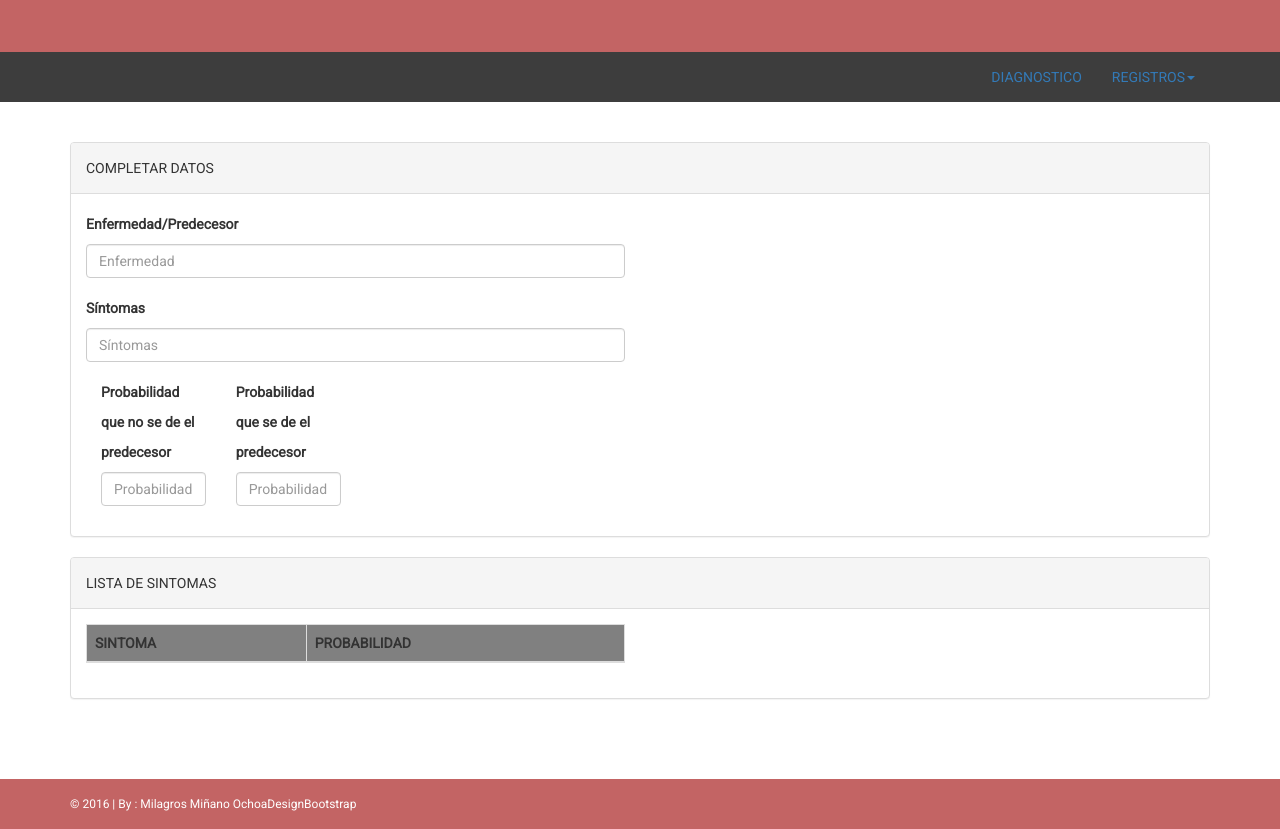
Repository: Mili10/PROYECTOII
Page: http://localhost/Capa_Presentación/frmRegistroSintoma.jsp
An editor plug-in stored every save of this project. The page is shown before and after the next save, followed by the edit.
The browser window is 1280 px wide. The pictures show the whole page.
The page is served by Tomcat 9.

Above is the page before, as saved 2016-05-16 06:34:27.

### sistema_experto_web/Capa_Presentación/WebContent/frmRegistroSintoma.jsp
<%@ page language="java" contentType="text/html; charset=ISO-8859-1"
    pageEncoding="ISO-8859-1"%>
<!DOCTYPE html PUBLIC "-//W3C//DTD HTML 4.01 Transitional//EN" "http://www.w3.org/TR/html4/loose.dtd">
<html>
<head>
<meta http-equiv="Content-Type" content="text/html; charset=ISO-8859-1">
<title>Insert title here</title>
	<link href="Plantilla/css/bootstrap.css" rel="stylesheet" />
    <link href="Plantilla/css/font-awesome.css" rel="stylesheet" />
    <link href="Plantilla/css/style.css" rel="stylesheet" />
</head>
<body>
	<jsp:include page="includes/masterHeader.jsp"></jsp:include>
	<div class="content-wrapper">
		<div class="container">
			<div class="panel panel-default">
	             <div class="panel-heading">
	               COMPLETAR DATOS
	             </div>
	              <div class="row">
		             <div class="panel-body">
		             	<div class="col-md-6">
						  <form>
						  <div class="form-group">
						    <label for="exampleInputEmail1">Enfermedad/Predecesor</label>
						    <input type="text" class="form-control" placeholder="Enfermedad">
						  </div>
						  <div class="form-group">
						    <label for="exampleInputPassword1">Síntomas</label>
						    <input type="text" class="form-control" placeholder="Síntomas">
						  </div>
						  <div class="col-md-3">
						  	<div class="form-group">
						    <label for="exampleInputEmail1">Probabilidad que no se de el predecesor</label>
						    <input class="form-control" placeholder="Probabilidad">
						  </div>
						  </div>
						  <div class="col-md-3">
						  	<div class="form-group">
						    <label for="exampleInputEmail1">Probabilidad que se de el predecesor</label>
						    <input class="form-control" placeholder="Probabilidad">
						  </div>
						  </div>
						 </form>
						</div>
					  </div>
				  </div>
	         </div>

	         <div class="panel panel-default">
	             <div class="panel-heading">
	               LISTA DE SINTOMAS
	             </div>
	              <div class="row">
		             <div class="panel-body">
		              <div class="col-md-6">
		             	<div class="table-responsive">
                                <table class="table table-striped table-bordered table-hover">
                                    <thead style="background: grey">
                                        <tr>
                                            <th>SINTOMA</th>
                                            <th>PROBABILIDAD</th>
                                        </tr>
                                    </thead>
                                    <tbody>

                                    </tbody>
                                </table>
                            </div>
                         </div>
					  </div>
				  </div>
	         </div>

	      </div>
      </div>


	<jsp:include page="includes/masterFooter.jsp"></jsp:include>

	<script src="Plantilla/js/jquery-1.11.1.js"></script>
    <script src="Plantilla/js/bootstrap.js"></script>
</body>
</html>

### sistema_experto_web/Capa_Presentación/WebContent/includes/masterHeader.jsp
    <div class="navbar navbar-inverse set-radius-zero">
        <div class="container">
            <div class="navbar-header">
                <button type="button" class="navbar-toggle" data-toggle="collapse" data-target=".navbar-collapse">
                    <span class="icon-bar"></span>
                    <span class="icon-bar"></span>
                    <span class="icon-bar"></span>
                </button>
                <a class="navbar-brand" href="index.html">

                </a>

            </div>

        </div>
    </div>
    <!-- LOGO HEADER END-->
    <section class="menu-section">
        <div class="container">
            <div class="row">
                <div class="col-md-12">
                    <div class="navbar-collapse collapse">
                        <ul class="nav navbar-nav navbar-right">
                            <li><a href="frmCuestionario.jsp">DIAGNOSTICO</a></li>
                            <li class="dropdown">
                            	<a href="#" class="dropdown-toggle" data-toggle="dropdown" role="button" aria-haspopup="true" aria-expanded="false">REGISTROS<span class="caret"></span></a>
                            	<ul class="dropdown-menu">
						            <li><a href="frmRegistroSintoma.jsp" role="button">SINTOMA</a></li>
						        </ul>
                            </li>
                        </ul>
                    </div>
                </div>

            </div>
        </div>
    </section>

### sistema_experto_web/Capa_Presentación/WebContent/includes/masterFooter.jsp
<!-- CONTENT-WRAPPER SECTION END-->
    <footer>
        <div class="container">
            <div class="row">
                <div class="col-md-12">
                    &copy; 2016 | By : Milagros Miñano Ochoa<a href="http://www.designbootstrap.com/" target="_blank">DesignBootstrap</a>
                </div>

            </div>
        </div>
    </footer>

### sistema_experto_web/Capa_Presentación/WebContent/Plantilla/css/style.css

/*=============================================================
    Authour URL: www.designbootstrap.com

    http://www.designbootstrap.com/

    License: MIT

    http://opensource.org/licenses/MIT

    100% Free To use For Personal And Commercial Use.

    IN EXCHANGE JUST TELL PEOPLE ABOUT THIS WEBSITE

========================================================  */


/* =============================================================
   GENERAL STYLES
 ============================================================ */

@import url(http://fonts.googleapis.com/css?family=Roboto); /* FREE GOOGLE FONT */

body {
    font-family: 'Roboto', sans-serif;
    line-height: 30px;
}

.set-radius-zero {
    border-radius: 0px;
    -moz-border-radius: 0px;
    -webkit-border-radius: 0px;
}

.content-wrapper {
    margin-top: 40px;
    min-height: 600px;
    padding-bottom: 60px;
}

.page-head-line {
    font-weight: 900;
    padding-bottom: 20px;
    border-bottom: 2px solid #F0677C;
    text-transform: uppercase;
    color: #F0677C;
    font-size: 20px;
    margin-bottom: 40px;
}

.btn {
    border-radius: 0px;
    -webkit-border-radius: 0px;
    -moz-border-radius: 0px;
}

.progress {
    height: 8px;
    border-radius: 0px;
    -webkit-border-radius: 0px;
    -moz-border-radius: 0px;
}
.login-icon {
    height: 60px;
width: 60px;
padding: 13px;
border-radius: 50%;
font-size: 30px;
margin-bottom: 20px;
color: #fff;
text-align: center;
cursor:pointer;
background-color:#F0677C;
-webkit-border-radius:50%;
    -moz-border-radius:50%;
}
/* =============================================================
   HEADER SECTION STYLES
 ============================================================ */
header {
    background-color: #F0677C;
    color: #fff;
    padding: 10px;
    text-align: right;
}


/* =============================================================
   LOGO SECTION STYLES
 ============================================================ */
.left-div {
    padding-left: 30px;
    margin-top: 40px;
    margin-bottom: 30px;
}

.navbar-brand {
    width: 250px;
    padding-top: 30px;
}

/* USER SETTINGS DIV */
.user-settings-wrapper .nav > li > a {
    position: relative;
    display: block;
    padding: 15px 18px;
    border-radius: 50%;
    -webkit-border-radius: 50%;
    -moz-border-radius: 50%;
    height: 60px;
    width: 60px;
    background-color: #F0677C;
    color: #fff;
}

.user-settings-wrapper {
    margin-top: 10px;
}

    .user-settings-wrapper li {
        display: inline-block;
    }

    .user-settings-wrapper .dropdown-settings {
        width: 200px;
        padding: 10px;
    }

    .user-settings-wrapper .nav > li > a:hover,.user-settings-wrapper .nav > li > a:focus {
        text-decoration: none;
        background-color: #C36464!important;
    }

    .user-settings-wrapper img {
        height: 64px;
        width: 64px;
        border: 1px solid #000000;
    }

    .user-settings-wrapper .dropdown-menu {
        margin: 0px;
        border-radius: 0px!important;
        -moz-border-radius: 0px!important;
        -webkit-border-radius: 0px!important;
    }

    .user-settings-wrapper .btn {
        border-radius: 0px!important;
        -moz-border-radius: 0px!important;
        -webkit-border-radius: 0px!important;
    }

    .user-settings-wrapper .media-heading {
        padding-top: 10px;
    }

/* MENU LINKS SECTION*/

.menu-section {
    background-color: #3D3D3D;
}

#menu-top a {
    color: #FFF;
    text-decoration: none;
    font-weight: 500;
    padding: 10px 10px 10px 10px;
    text-transform: uppercase;
}

.menu-top-active {
    background-color: #C36464;
}

.menu-section .nav > li > a:hover,.menu-section .nav > li > a:focus {
    background-color: #F0677C!important;
}

.menu-section .dropdown-menu > li > a:hover,.menu-section .dropdown-menu > li > a:focus {
    background-color: #F0677C!important;
}

.navbar-inverse {
    background-color: #C36464;
    border-color: transparent;
}

.navbar-toggle {
    background-color: #F0677C;
    border: 1px solid #fff;
}

.navbar {
    margin-bottom: 0px;
}
/* =============================================================
   FOOTER SECTION STYLES
 ============================================================ */
footer {
    padding: 10px;
    color: #fff;
    font-size: 12px;
    background-color: #C36464;
}

    footer a, footer a:hover {
        color: #fff;
        text-decoration: none;
    }

/*==============================================
    DASHBOARD  STYLES
 =============================================*/

/* DASHBOARD ICONS */

.bk-clr-one {
    background-color: #B9B739;
}

.bk-clr-two {
    background-color: #F94C4C;
}

.bk-clr-three {
    background-color: #119c7e;
}

.bk-clr-four {
    background-color: #b739b9;
}

.dashboard-div-icon {
    height: 75px;
    width: 75px;
    border: 2px solid #fff;
    padding: 20px;
    border-radius: 50%;
    -webkit-border-radius:50%;
    -moz-border-radius:50%;
    font-size: 30px;
    margin-bottom: 20px;
    color: #fff;
}

.dashboard-div-wrapper {
    border-radius: 5px;
    text-align: center;
    padding: 15px;
    color: #fff;
    margin-bottom: 50px;
}

    .dashboard-div-wrapper .progress {
        height: 2px;
    }

/* NOTICE BOARD */


.notice-board .panel {
    border-radius: 0px;
    -webkit-border-radius: 0px;
    -moz-border-radius: 0px;
}

.notice-board ul {
    padding-left: 0px;
    list-style: none;
}

.notice-board li {
    padding: 10px;
    border-bottom: 1px solid #E5E5E5;
}

    .notice-board li span {
        margin-right: 10px;
        border: 1px solid #DBDBDB;
        padding: 5px;
    }

    .notice-board li a, li a:hover {
        text-decoration: none;
        color: #000;
    }

/* SOCIAL BUTTONS */
.btn-social {
    color: white;
    opacity: 0.8;
}

    .btn-social:hover {
        color: white;
        opacity: 1;
        text-decoration: none;
    }

.btn-facebook {
    background-color: #3b5998;
}

.btn-twitter {
    background-color: #00aced;
}

.btn-linkedin {
    background-color: #0e76a8;
}

.btn-google {
    background-color: #c32f10;
}

Loaded but not shown: sistema_experto_web/Capa_Presentación/WebContent/Plantilla/css/bootstrap.css (library); sistema_experto_web/Capa_Presentación/WebContent/Plantilla/css/font-awesome.css (library); sistema_experto_web/Capa_Presentación/WebContent/Plantilla/js/jquery-1.11.1.js (library); sistema_experto_web/Capa_Presentación/WebContent/Plantilla/js/bootstrap.js (library)

After the next save:
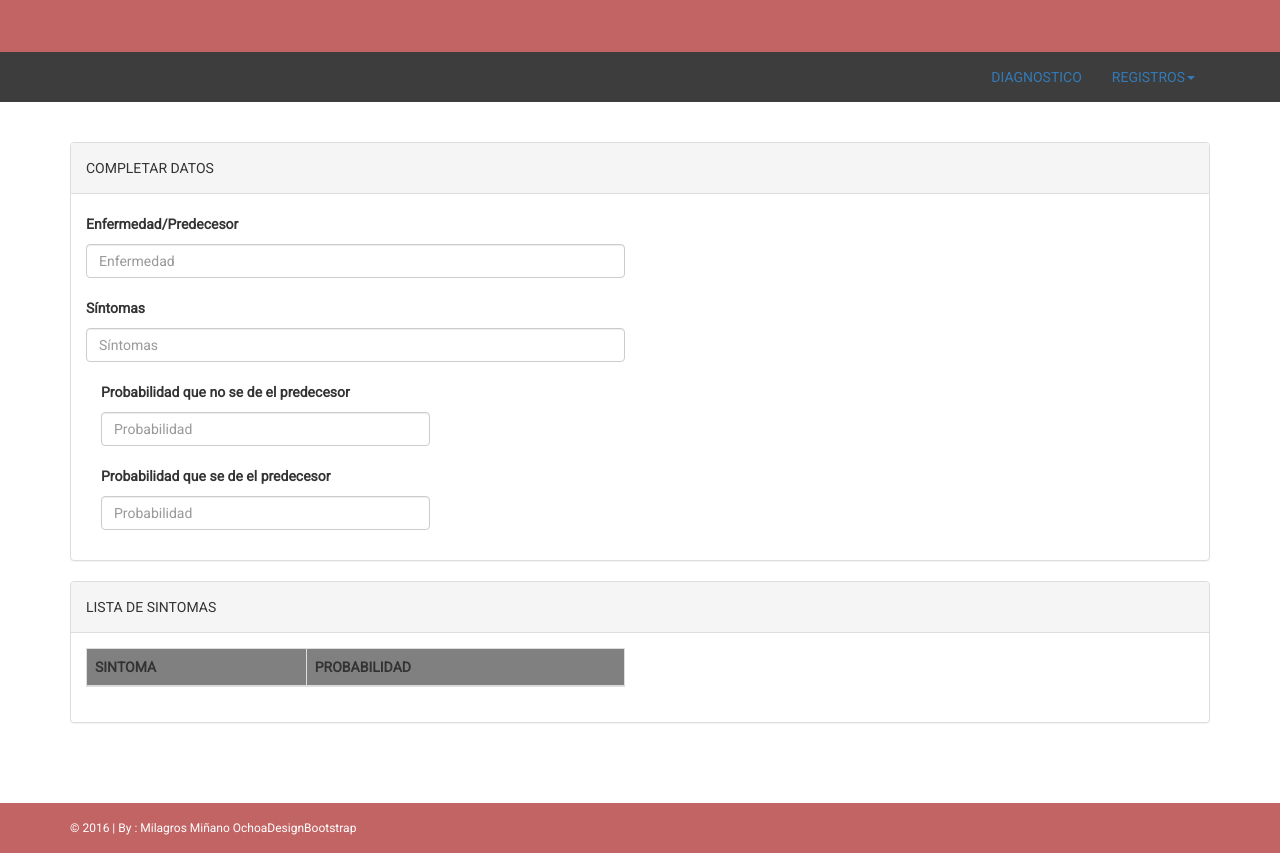
Saved 21 s later.
--- a/sistema_experto_web/Capa_Presentación/WebContent/frmRegistroSintoma.jsp
+++ b/sistema_experto_web/Capa_Presentación/WebContent/frmRegistroSintoma.jsp
@@ -29,13 +29,13 @@
 						    <label for="exampleInputPassword1">Síntomas</label>
 						    <input type="text" class="form-control" placeholder="Síntomas">
 						  </div>
-						  <div class="col-md-3">
+						  <div class="col-md-8">
 						  	<div class="form-group">
 						    <label for="exampleInputEmail1">Probabilidad que no se de el predecesor</label>
 						    <input class="form-control" placeholder="Probabilidad">
 						  </div>
 						  </div>
-						  <div class="col-md-3">
+						  <div class="col-md-8">
 						  	<div class="form-group">
 						    <label for="exampleInputEmail1">Probabilidad que se de el predecesor</label>
 						    <input class="form-control" placeholder="Probabilidad">
